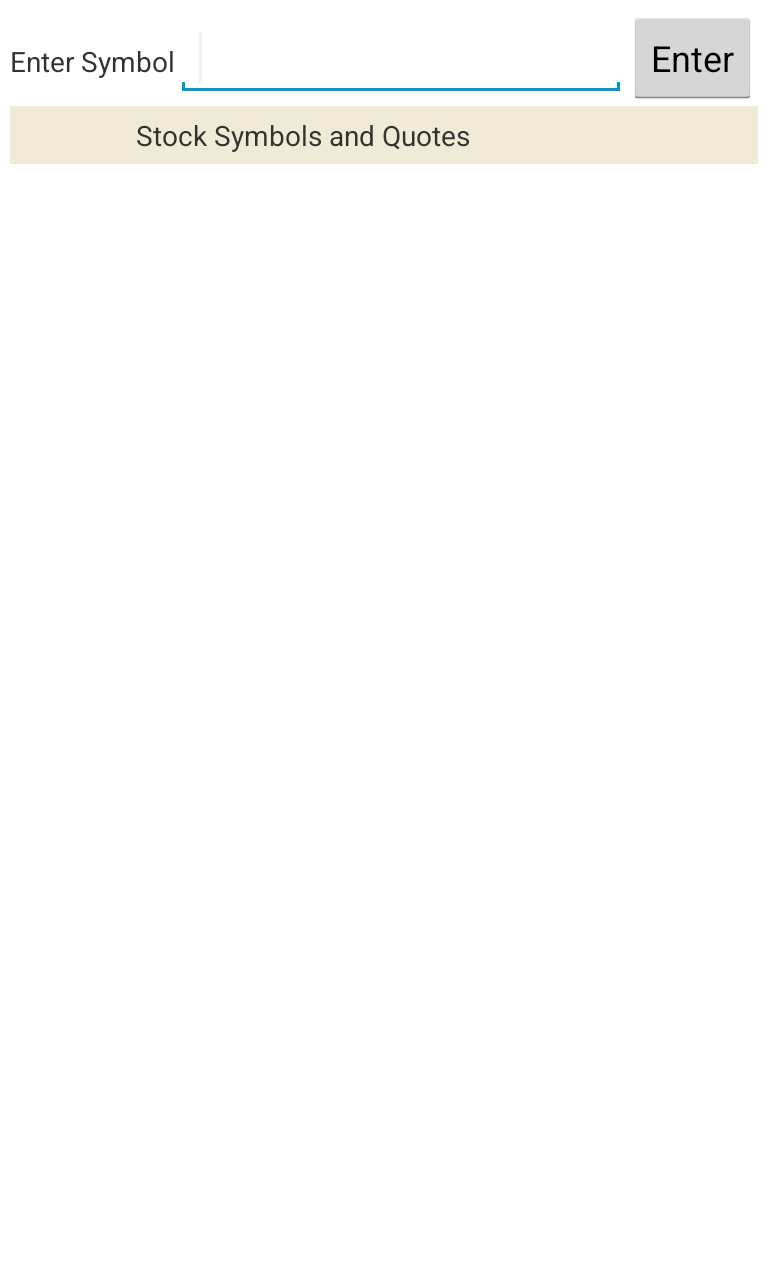
Repository: almeiduh/AndroidApps
Layout: StockQuote/res/layout/activity_main.xml
These files come from the project's save history. The layout is drawn as it stood at one moment and after the next save; the edit follows.
It is drawn on a 768 x 1280 px phone screen (xhdpi) without system bars, with theme AppTheme; the app's code is not run.

Above is the layout before, as saved 2014-02-05 00:01:15.

After the next save:
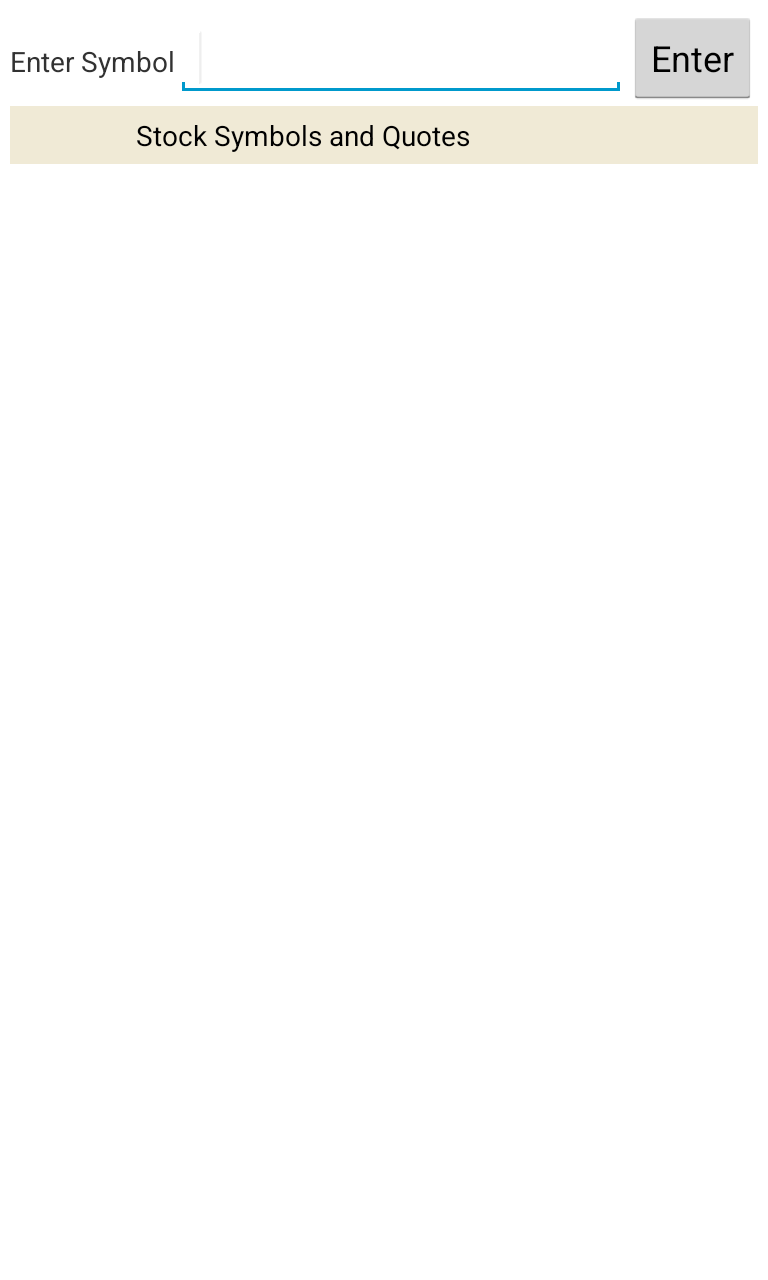
Saved 64 s later.
--- a/StockQuote/res/layout/activity_main.xml
+++ b/StockQuote/res/layout/activity_main.xml
@@ -51,8 +51,9 @@
             android:layout_width="match_parent"
             android:layout_height="wrap_content"
             android:layout_span="2"
+            android:gravity="center_horizontal"
             android:padding="5dp"
-            android:gravity="center_horizontal"
+            android:textColor="@color/black"
             android:text="@string/stock_symbol_list" />
 
     </TableRow>
